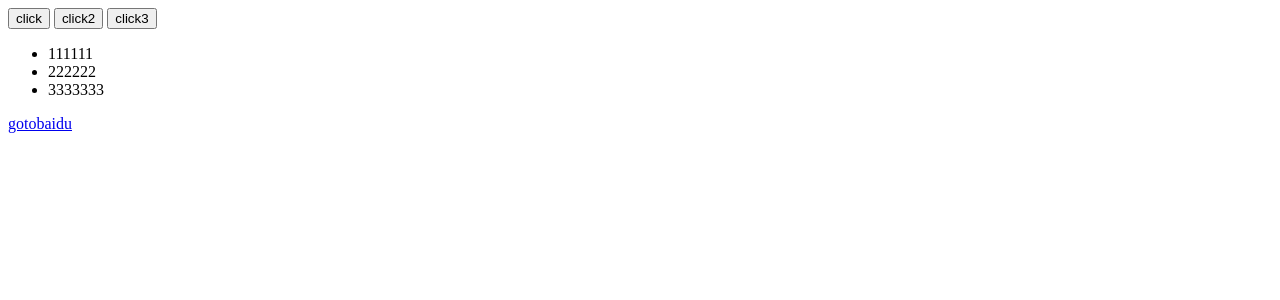
Repository: xiemin2161/mytest
Page: 01-事件处理.html
These files come from the project's save history. The page is drawn as it stood at one moment and after a run of saves; the edit follows.
The browser window is 1280 px wide. The pictures show the whole page.

Above is the page before, as saved 2023-01-31 15:04:00.

After the next 2 saves:
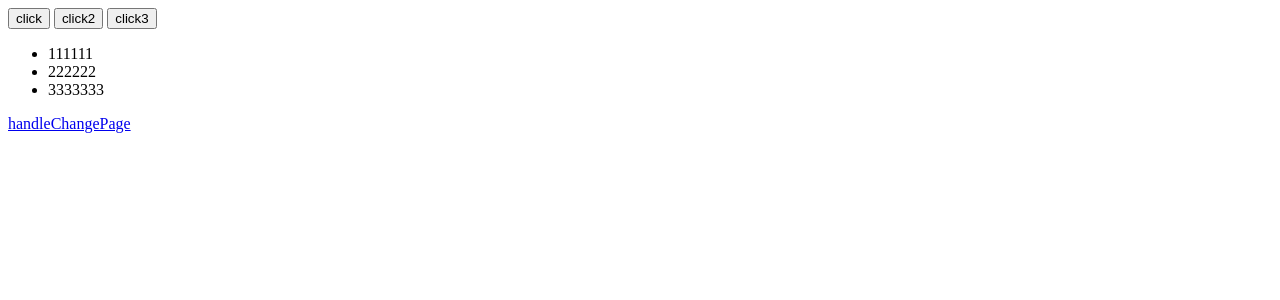
The 2 saves are shown as one change because they came seconds apart.
The last was saved 26 s later.
--- a/01-事件处理.html
+++ b/01-事件处理.html
@@ -24,7 +24,7 @@
       </ul>
 
       <a href="http://www.baidu.com" @click.prevent="handleChangePage()"
-        >gotobaidu</a
+        >handleChangePage</a
       >
     </div>
 
@@ -45,6 +45,9 @@
           handleUlClick() {
             console.log("ul click");
           },
+          handleChangePage() {
+            console.log("handleChangePage");
+          },
         },
       });
     </script>
